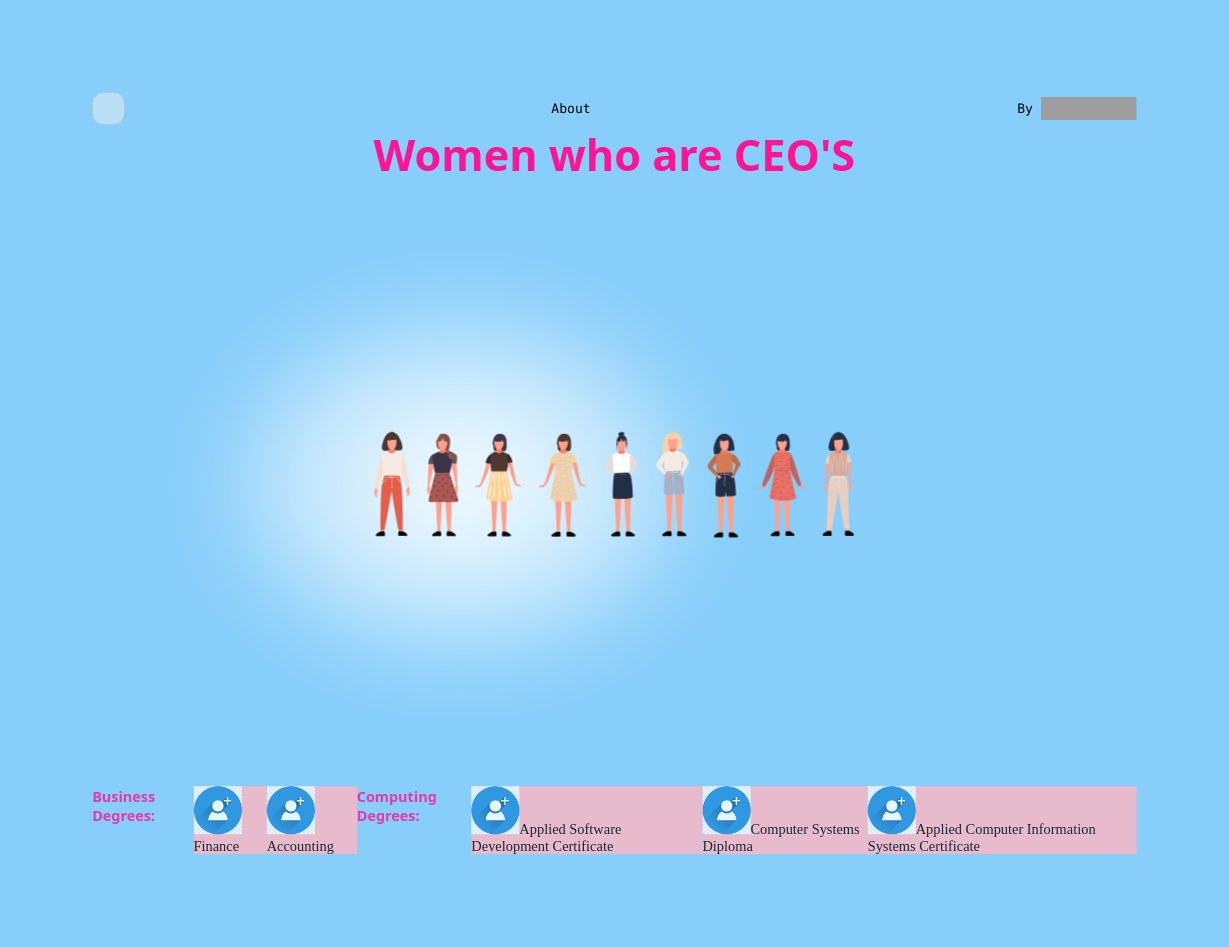
Repository: bguemos/week3example
Page: /
The author's editor kept a copy of each file at every save. The page is drawn from the files as they stood at one save, then again after the next save.
The browser window is 1280 px wide. The pictures show the whole page, at 96% of full size.
Pictures or frames that could not be fetched are drawn as grey boxes. The project was rebuilt for these pictures with package versions that can differ from the ones it lists, and the page was loaded fresh each time. The framework's server and built-in components were replaced by stand-ins that run in the browser. Also part of the build but not shown: next.config.js.

Above is the page before, as saved 2023-01-18 12:48:16.

### pages/index.js
import Head from 'next/head'
import Image from 'next/image'
import { Inter } from '@next/font/google'
import styles from '@/styles/Home.module.css'
import data from '../data/education.json'
import { useState } from 'react'
import Card from '../components/Card'
import Link from 'next/link'

const inter = Inter({ subsets: ['latin'] })

export default function Home() {
    const [information, setInformation] = useState([...data])
     console.log(data);
  return (
    <>
      <Head>
        <title>The Office</title>
        <meta name="description" content="Generated by create next app" />
        <meta name="viewport" content="width=device-width, initial-scale=1" />
        <link rel="icon" href="/favicon.ico" />
      </Head>
      <main className={styles.main}>
        <div className={styles.description}>
          <p>

            <code className={styles.code}></code>
          </p>
          <Link href="About">About</Link>
          <div>
            <a
              href="https://vercel.com?utm_source=create-next-app&utm_medium=default-template&utm_campaign=create-next-app"
              target="_blank"
              rel="noopener noreferrer"
            >
              By{' '}
              <Image
                src="/vercel.svg"
                alt="Vercel Logo"
                className={styles.vercelLogo}
                width={100}
                height={24}
                priority
              />
            </a>
          </div>
        </div>

        <h1 className={styles.header}> Women who are CEO'S</h1>

        <div className={styles.center}>
          <Image
            className={styles.logo}
            src="/women.svg"
            alt="womanLogo"
            width={500}
            height={500}
            priority
          />


        </div>

        <div className={styles.grid}>
          <b className={styles.label}> Business Degrees: </b>
          {information && information.map((info, index) => {
            if(info.department === "Business"){
              return(
                <Card key={index} degree={info.degree} colour="lightPink" font="15px"/>
              )
            }
           })}
           <b className={styles.label}> Computing Degrees:</b>
           {information && information.map((info, index) => {
            if(info.department === "Computing"){
              return(
              <Card key={index} degree={info.degree} colour="lightPink" font="15px"/>
              )
            }
            })}
        </div>
      </main>
    </>
  )
}

### styles/Home.module.css
.main {
  display: flex;
  flex-direction: column;
  justify-content: space-between;
  align-items: center;
  padding: 6rem;
  min-height: 100vh;
  background-color: lightskyblue;

}
.label{
  font-size: 15px;
  font-family: system-ui, -apple-system, BlinkMacSystemFont, 'Segoe UI', Roboto, Oxygen, Ubuntu, Cantarell, 'Open Sans', 'Helvetica Neue', sans-serif;
  color: deeppink;
}

.description {
  display: inherit;
  justify-content: inherit;
  align-items: inherit;
  font-size: 0.85rem;
  max-width: var(--max-width);
  width: 100%;
  z-index: 2;
  font-family: var(--font-mono);
}

.description a {
  display: flex;
  justify-content: center;
  align-items: center;
  gap: 0.5rem;
}

.description p {
  position: relative;
  margin: 0;
  padding: 1rem;
  background-color: rgba(var(--callout-rgb), 0.5);
  border: 1px solid rgba(var(--callout-border-rgb), 0.3);
  border-radius: var(--border-radius);
}

.code {
  font-weight: 700;
  font-family: var(--font-mono);
}

.grid {
  display: flex;
  flex-direction: row;
  flex-wrap: nowrap;
  grid-template-columns: repeat(4, minmax(25%, auto));
  width: var(--max-width);
  max-width: 100%;
  opacity: .8;

}

.card {
  padding: 1rem 1.2rem;
  border-radius: var(--border-radius);
  background: rgba(var(--card-rgb), 0);
  border: 1px solid rgba(var(--card-border-rgb), 0);
  transition: background 200ms, border 200ms;
}

.card span {
  display: inline-block;
  transition: transform 200ms;
}

.card h2 {
  font-weight: 600;
  margin-bottom: 0.7rem;
}

.card p {
  margin: 0;
  opacity: 0.6;
  font-size: 0.9rem;
  line-height: 1.5;
  max-width: 30ch;
}

.center {
  display: flex;
  justify-content: center;
  align-items: center;
  position: relative;
  padding: 4rem 0;
}

.center::before {
  background: var(--secondary-glow);
  border-radius: 50%;
  width: 480px;
  height: 360px;
  margin-left: -400px;
}

.center::after {
  background: var(--primary-glow);
  width: 240px;
  height: 180px;
  z-index: -1;
}

.center::before,
.center::after {
  content: '';
  left: 50%;
  position: absolute;
  filter: blur(45px);
  transform: translateZ(0);
}

.logo,
.thirteen {
  position: relative;

}
.header{
  position: relative;
  font-size: 45px;
  font-family: system-ui, -apple-system, BlinkMacSystemFont, 'Segoe UI', Roboto, Oxygen, Ubuntu, Cantarell, 'Open Sans', 'Helvetica Neue', sans-serif;
  color: deeppink;
}

.thirteen::before,
.thirteen::after {
  content: '';
  position: absolute;
  z-index: -1;
}

/* Conic Gradient Animation */
.thirteen::before {
  animation: 6s rotate linear infinite;
  width: 200%;
  height: 200%;
  background: var(--tile-border);
}

/* Inner Square */
.thirteen::after {
  inset: 0;
  padding: 1px;
  border-radius: var(--border-radius);
  background: linear-gradient(
    to bottom right,
    rgba(var(--tile-start-rgb), 1),
    rgba(var(--tile-end-rgb), 1)
  );
  background-clip: content-box;
}

/* Enable hover only on non-touch devices */
@media (hover: hover) and (pointer: fine) {
  .card:hover {
    background: rgba(var(--card-rgb), 0.1);
    border: 1px solid rgba(var(--card-border-rgb), 0.15);
  }

  .card:hover span {
    transform: translateX(4px);
  }
}

@media (prefers-reduced-motion) {
  .thirteen::before {
    animation: none;
  }

  .card:hover span {
    transform: none;
  }
}

/* Mobile */
@media (max-width: 700px) {
  .content {
    padding: 4rem;
  }

  .grid {
    grid-template-columns: 1fr;
    margin-bottom: 120px;
    max-width: 320px;
    text-align: center;
  }

  .card {
    padding: 1rem 2.5rem;
  }

  .card h2 {
    margin-bottom: 0.5rem;
  }

  .center {
    padding: 8rem 0 6rem;
  }

  .center::before {
    transform: none;
    height: 300px;
  }

  .description {
    font-size: 0.8rem;
  }

  .description a {
    padding: 1rem;
  }

  .description p,
  .description div {
    display: flex;
    justify-content: center;
    position: fixed;
    width: 100%;
  }

  .description p {
    align-items: center;
    inset: 0 0 auto;
    padding: 2rem 1rem 1.4rem;
    border-radius: 0;
    border: none;
    border-bottom: 1px solid rgba(var(--callout-border-rgb), 0.25);
    background: linear-gradient(
      to bottom,
      rgba(var(--background-start-rgb), 1),
      rgba(var(--callout-rgb), 0.5)
    );
    background-clip: padding-box;
    backdrop-filter: blur(24px);
  }

  .description div {
    align-items: flex-end;
    pointer-events: none;
    inset: auto 0 0;
    padding: 2rem;
    height: 200px;
    background: linear-gradient(
      to bottom,
      transparent 0%,
      rgb(var(--background-end-rgb)) 40%
    );
    z-index: 1;
  }
}

/* Tablet and Smaller Desktop */
@media (min-width: 701px) and (max-width: 1120px) {
  .grid {
    grid-template-columns: repeat(2, 50%);
  }
}

@media (prefers-color-scheme: dark) {
  .vercelLogo {
    filter: invert(1);
  }

  .logo,
  .thirteen img {
    filter: invert(1) drop-shadow(0 0 0.3rem #ffffff70);
  }
}

@keyframes rotate {
  from {
    transform: rotate(360deg);
  }
  to {
    transform: rotate(0deg);
  }
}

### data/education.json
[
        {
            "studentNumber": "A0004567",
            "firstName": "Person 1",
            "gpa": 3.8,
            "department": "Business",
            "degree": "Finance",
            "graduted": 2014
        },
        {
            "studentNumber": "A0001234",
            "firstName": "Person 2",
            "gpa": 3.5,
            "department": "Business",
            "degree": "Accounting",
            "graduted": 2010
        },
        {
            "studentNumber": "A0007890",
            "firstName": "Person 3",
            "gpa": 3.2,
            "department": "Computing",
            "degree": "Applied Software Development Certificate",
            "graduted": 2018
        },
        {
            "studentNumber": "A0007828",
            "firstName": "Person 4",
            "gpa": 3.9,
            "department": "Computing",
            "degree": "Computer Systems Diploma",
            "graduted": 2021
        },
        {
            "studentNumber": "A0003425",
            "firstName": "Person 5",
            "gpa": 3.2,
            "department": "Computing",
            "degree": "Applied Computer Information Systems Certificate",
            "graduted": 2021
        }
]

### components/Card/index.js
export default function Card({
    degree= "none",
    colour= "purple",
    font = "0",
    image = "icon/personTwo.png"
}) {
    return(
        <div style={{backgroundColor: colour, fontSize:font}}>
         {
            colour === "red" ? <img src={'icon/person.png'} width="50"/> :
            colour === "blue" ? <img src={'icon/personThree.png'} width="50"/>:
                                <img src={image} width="50" />
         }
         {degree}
        </div>
    )
}

Loaded but not shown: pages/_app.js (common file); pages/_document.js (common file); styles/globals.css (common file)

After the next save:
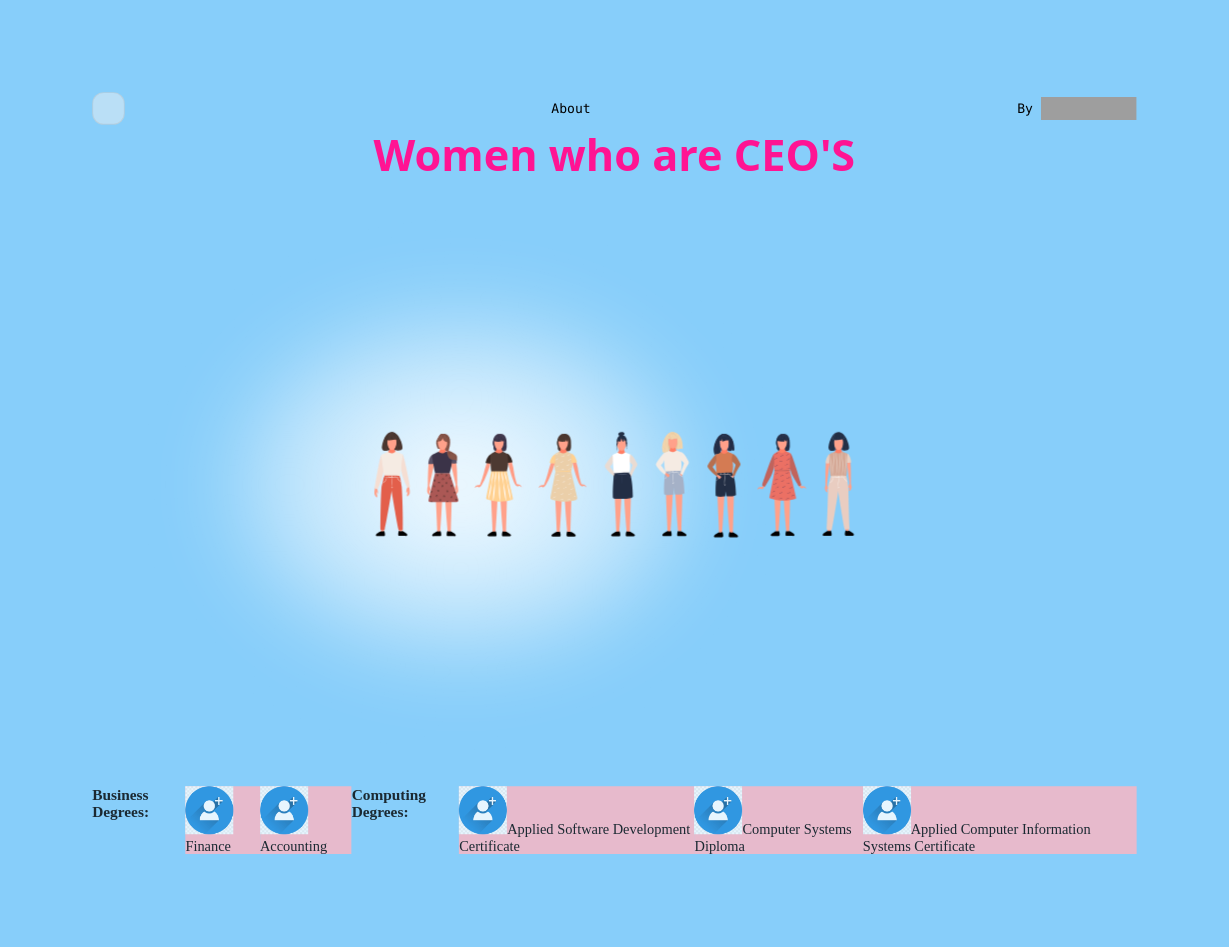
Saved 73 s later.
--- a/pages/index.js
+++ b/pages/index.js
@@ -62,7 +62,7 @@
         </div>
 
         <div className={styles.grid}>
-          <b className={styles.label}> Business Degrees: </b>
+          <b> Business Degrees: </b>
           {information && information.map((info, index) => {
             if(info.department === "Business"){
               return(
@@ -70,7 +70,7 @@
               )
             }
            })}
-           <b className={styles.label}> Computing Degrees:</b>
+           <b> Computing Degrees:</b>
            {information && information.map((info, index) => {
             if(info.department === "Computing"){
               return(
